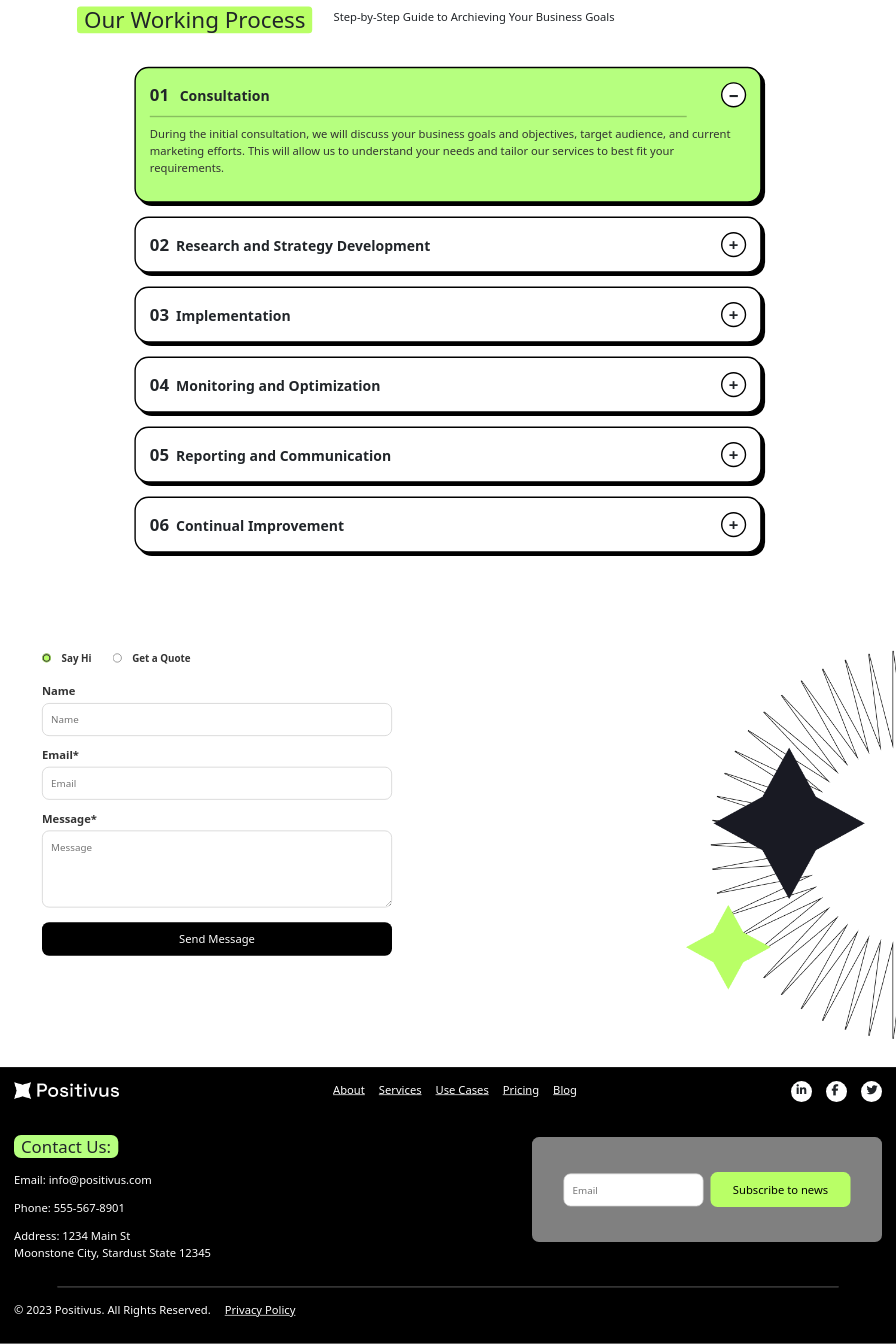
Repository: inshaabbas/CSS-Hackathon-SMIT
Page: index.html
These files come from the project's save history. The page is drawn as it stood at one moment and after a run of saves; the edit follows.
The browser window is 1280 px wide. The pictures show the part of the page from y = 1248 to 3168 px (the page is 3168 px tall), at 70% of full size.
A picture or video elsewhere on the page could not be fetched, so the positions and the page height are approximate.

Above is the page before, as saved 2025-06-25 11:34:04.

After the next 2 saves:
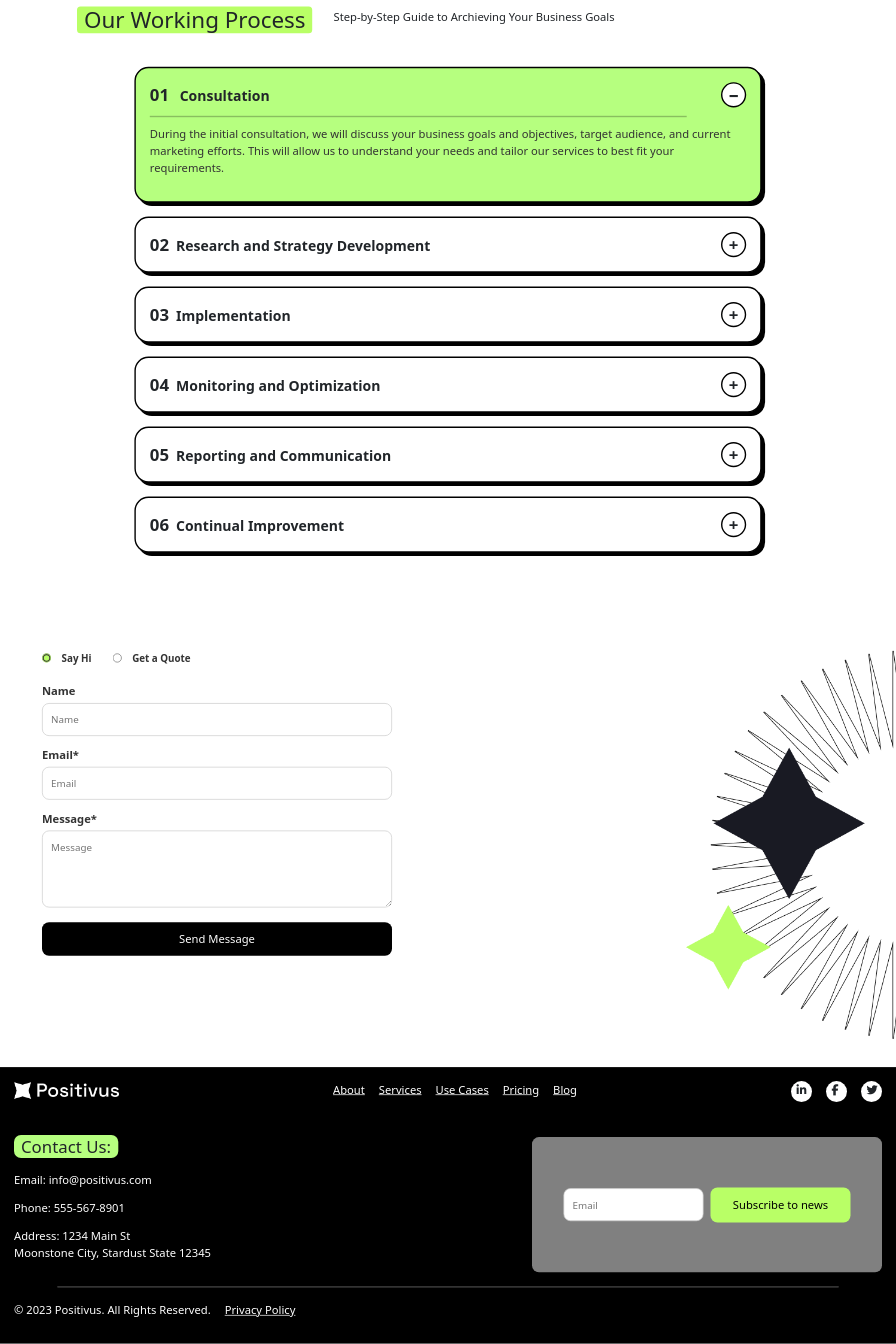
The 2 saves are shown as one change because they came seconds apart.
The last was saved 51 s later.
--- a/style.css
+++ b/style.css
@@ -587,18 +587,20 @@ footer{
     color: white;
 }
 
-.fot-input{
-    display: flex;
-    justify-content: center;
-    align-items: center;
-    gap: 10px;
-    background-color: gray;
-    max-width: 500px;
-    width: 100%;
-    flex-wrap: wrap;
-    height: 150px;
-    border-radius: 10px;
-}
+.fot-input {
+  display: flex;
+  justify-content: center;
+  align-items: center;
+  gap: 10px;
+  background-color: gray;
+  width: 100%;
+  max-width: 500px;
+  height: auto;
+  border-radius: 10px;
+  flex-wrap: wrap;
+  padding: 20px;
+}
+
 
 .fot-input input{
     max-width: 200px;
